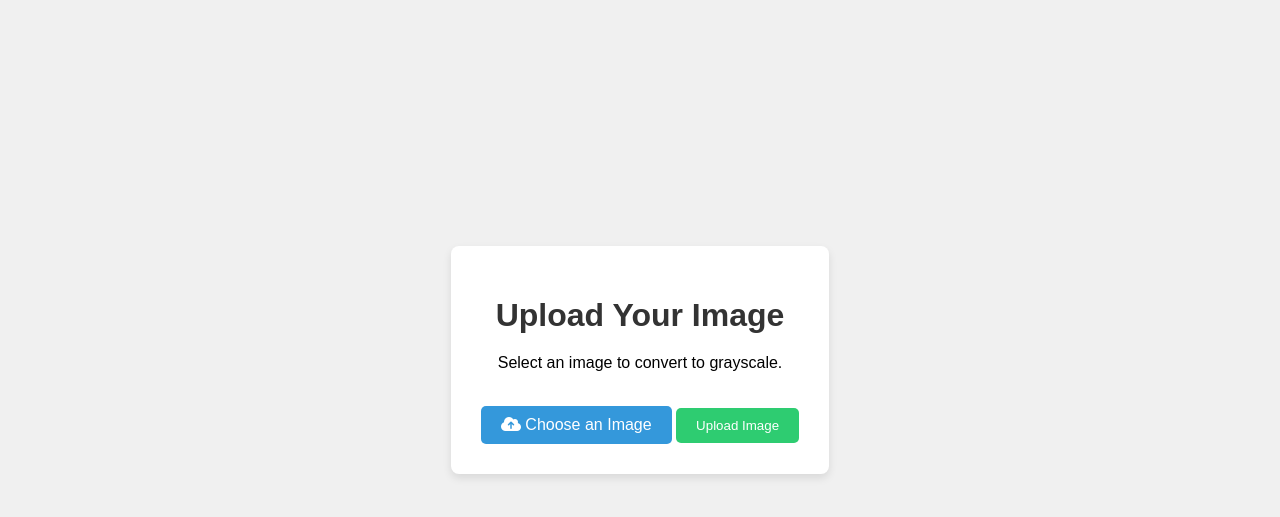
Repository: rudrakshpadhi/AI_greyscalecolorizingtool
Page: index.html
The author's editor kept a copy of each file at every save. The page is drawn from the files as they stood at one save, then again after the next save.
The browser window is 1280 px wide. The pictures show the whole page.
Some web libraries are served in a nearby version.

Above is the page before, as saved 2024-09-17 00:08:27.

### index.html
<!DOCTYPE html>
<html lang="en">
<head>
  <meta charset="UTF-8">
  <meta name="viewport" content="width=device-width, initial-scale=1.0">
  <title>Upload an Image</title>
  <link rel="stylesheet" href="styles.css">
</head>
<body>
  <div class="container">
    <h1>Upload Your Image</h1>
    <p>Select an image to convert to grayscale.</p>

    <!-- Image upload form -->
    <div class="upload-box">
      <input type="file" id="imageUpload" accept="image/*" onchange="previewImage(event)">
      <label for="imageUpload" class="upload-label">
        <i class="fas fa-cloud-upload-alt"></i>
        Choose an Image
      </label>
      <img id="imagePreview" class="image-preview" src="#" alt="Image Preview" style="display:none;" />
    </div>

    <!-- Button to submit the image -->
    <button id="uploadButton" onclick="uploadImage()">Upload Image</button>
  </div>

  <!-- Include Font Awesome for icons -->
  <script src="https://kit.fontawesome.com/a076d05399.js" crossorigin="anonymous"></script>
  <script src="app.js"></script>
</body>
</html>

### styles.css
/* styles.css */
body {
    font-family: 'Arial', sans-serif;
    background: #f0f0f0;
    display: flex;
    justify-content: center;
    align-items: center;
    height: 100vh;
    margin: 0;
  }

  .container {
    background-color: white;
    padding: 30px;
    border-radius: 8px;
    box-shadow: 0 4px 8px rgba(0, 0, 0, 0.1);
    text-align: center;
  }

  h1 {
    color: #333;
    margin-bottom: 20px;
  }

  .upload-box {
    position: relative;
    display: inline-block;
  }

  #imageUpload {
    display: none;
  }

  .upload-label {
    background-color: #3498db;
    color: white;
    padding: 10px 20px;
    border-radius: 5px;
    cursor: pointer;
    display: inline-block;
    transition: background-color 0.3s ease;
  }

  .upload-label:hover {
    background-color: #2980b9;
  }

  .image-preview {
    margin-top: 20px;
    max-width: 100%;
    height: auto;
    border-radius: 5px;
    box-shadow: 0 4px 8px rgba(0, 0, 0, 0.1);
  }

  button {
    background-color: #2ecc71;
    color: white;
    padding: 10px 20px;
    border: none;
    border-radius: 5px;
    cursor: pointer;
    margin-top: 20px;
    transition: background-color 0.3s ease;
  }

  button:hover {
    background-color: #27ae60;
  }

  button:disabled {
    background-color: #bdc3c7;
    cursor: not-allowed;
  }

### app.js
// app.js

async function uploadImage() {
    const imageInput = document.getElementById('imageUpload').files[0];

    if (!imageInput) {
      alert("Please upload an image before submitting!");
      return;
    }

    const formData = new FormData();
    formData.append('image', imageInput);

    // Call the colorization API
    try {
      const response = await fetch('https://api.deepai.org/api/colorizer', {
        method: 'POST',
        headers: {
          'api-key': '22e9bd5c-12fc-47bf-b877-53a2b59627ab', // Replace with your actual API key from DeepAI
        },
        body: formData,
      });

      const data = await response.json();

      // Handle the API response (colorized image URL)
      const colorizedImageUrl = data.output_url;

      // Update the image preview with the colorized image
      const imagePreview = document.getElementById('imagePreview');
      imagePreview.src = colorizedImageUrl;
      imagePreview.style.display = 'block';

    } catch (error) {
      console.error("Error uploading and processing image:", error);
      alert("Failed to process image.");
    }
  }

  function previewImage(event) {
    const file = event.target.files[0];
    const imagePreview = document.getElementById('imagePreview');

    if (file) {
      const reader = new FileReader();
      reader.onload = function(e) {
        imagePreview.src = e.target.result;
        imagePreview.style.display = 'block';
      };
      reader.readAsDataURL(file);
    }
  }

After the next save:
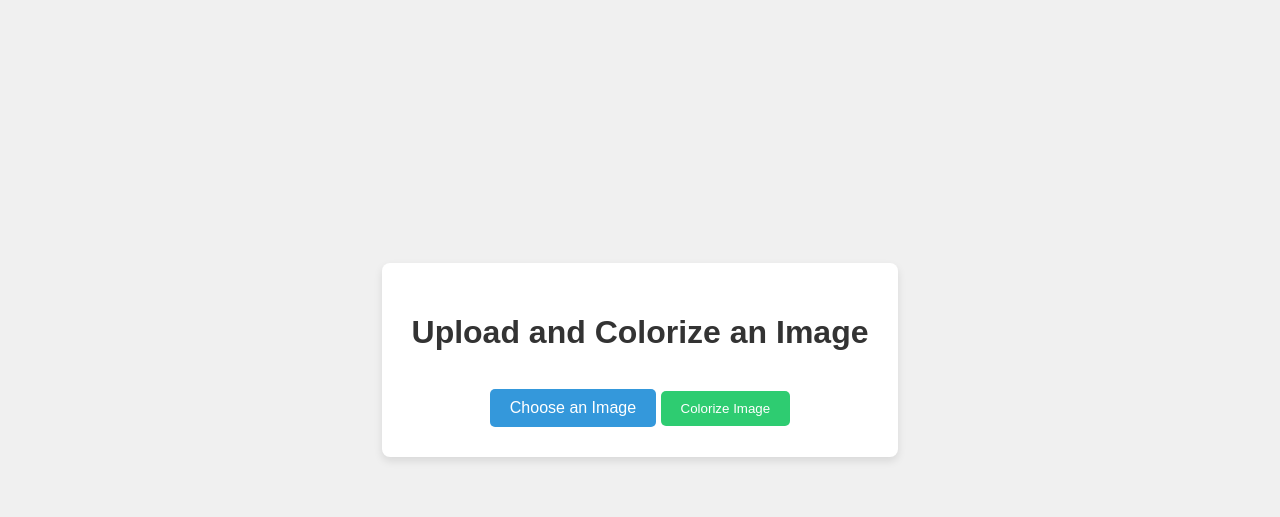
Saved 4 min 51 s later.
--- a/index.html
+++ b/index.html
@@ -8,25 +8,14 @@
 </head>
 <body>
   <div class="container">
-    <h1>Upload Your Image</h1>
-    <p>Select an image to convert to grayscale.</p>
-
-    <!-- Image upload form -->
+    <h1>Upload and Colorize an Image</h1>
     <div class="upload-box">
+      <label class="upload-label" for="imageUpload">Choose an Image</label>
       <input type="file" id="imageUpload" accept="image/*" onchange="previewImage(event)">
-      <label for="imageUpload" class="upload-label">
-        <i class="fas fa-cloud-upload-alt"></i>
-        Choose an Image
-      </label>
-      <img id="imagePreview" class="image-preview" src="#" alt="Image Preview" style="display:none;" />
     </div>
-
-    <!-- Button to submit the image -->
-    <button id="uploadButton" onclick="uploadImage()">Upload Image</button>
+    <img id="imagePreview" class="image-preview" style="display:none;" alt="Image Preview">
+    <button onclick="uploadImage()">Colorize Image</button>
   </div>
-
-  <!-- Include Font Awesome for icons -->
-  <script src="https://kit.fontawesome.com/a076d05399.js" crossorigin="anonymous"></script>
   <script src="app.js"></script>
 </body>
 </html>
